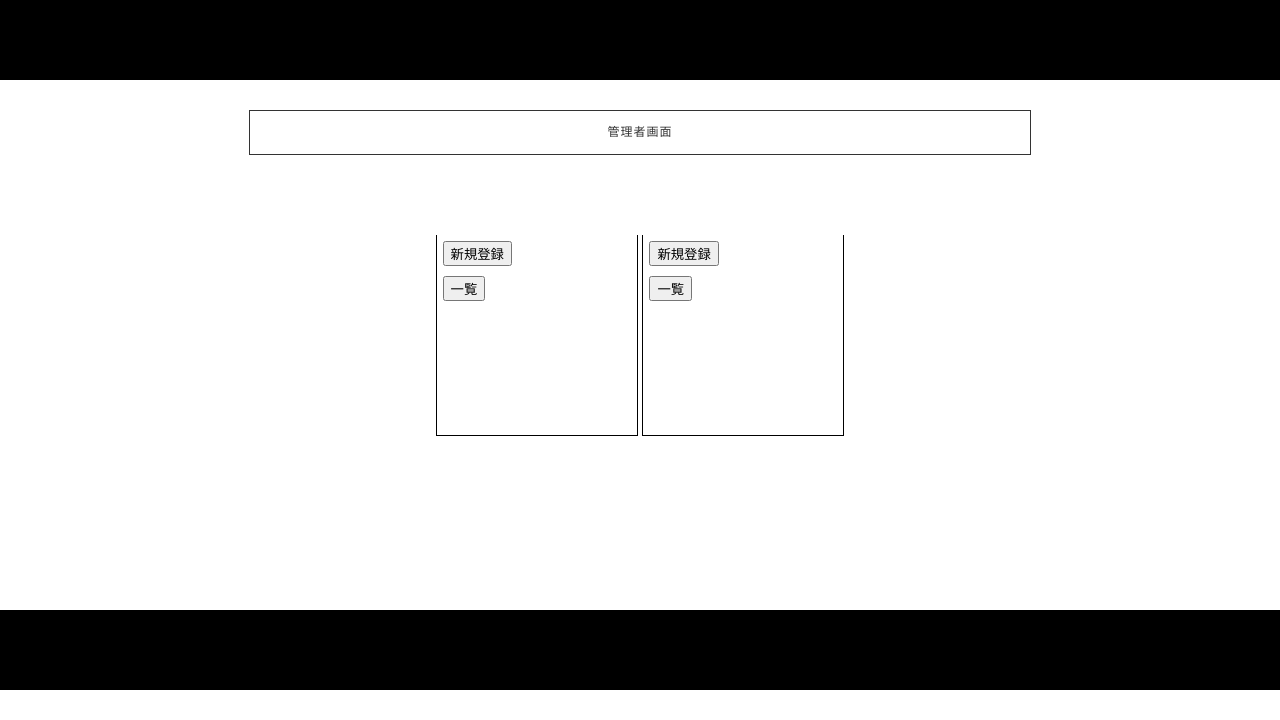
Repository: hiraide8/test
Page: http://localhost/ecsite/admin.jsp
These files come from the project's save history. The page is drawn as it stood at one moment and after the next save; the edit follows.
The browser window is 1280 px wide. The pictures show the whole page.
The page is served by Tomcat 9. Other server files are loaded and not shown.

Above is the page before, as saved 2019-01-23 11:17:19.

### ecsite/WebContent/admin.jsp
<%@ page language="java" contentType="text/html; charset=UTF-8"
    pageEncoding="UTF-8"%>
<%@ taglib prefix="s" uri="/struts-tags" %>
<!DOCTYPE html PUBLIC "-//W3C//DTD HTML 4.01 Transitional//EN" "http://www.w3.org/TR/html4/loose.dtd">
<html>
<head>
       <meta http-equiv="Content-Type" content="text/html; charset=UTF-8">
       <meta http-equiv="Content-Style-Type" content="text/css"/>
       <meta http-equiv="Content-Script-Type" content="text/javascript"/>
       <meta http-equiv="imagetoolbar" content="no"/>
       <meta name="descripttion" content=""/>
       <meta name="keywords" content=""/>
       <title>管理者画面</title>
       <style type="text/css">
       /* ========TAG LAYOUT======== */
                body{
                  margin:0;
                  padding:0;
                  line-height:1.6;
                  letter-spacing:1px;
                  font-family:Verdana,Helvetica,sans-serif;
                  font-size:12px;
                  color:#333;
                  background:#fff;
                }
       /* ========ID LAYOUT======== */
                #top{
                  width:780px;
                  margin:30px auto;
                  border:1px solid #333;
                }
                #header{
                  width:100%;
                  height:80px;
                  background-color:black;
                }
                #main{
                  width:100%;
                  height:500px;
                  text-align:center;
                }
                #footer{
                  width:100%;
                  height:80px;
                  background-color:black;
                  clear:both;
                }
       /* ========CLASS LAYOUT======== */
                .aaa{
                  margin:0 auto;
                  display:inline-block;
                  margin-top:50px;
                  width:200px;
                  height:200px;
                  border-right:1px solid black;
                  border-left:1px solid black;
                  border-bottom:1px solid black;
                }
       </style>
</head>
<body>
       <div id="header">
               <div id="pr">
               </div>
       </div>
       <div id="main">
               <div id="top">
                       <p>管理者画面</p>
               </div>
               <div class="aaa">
                       <table>
                       <tr>
                       <td>
                       <s:form action="ItemCreateAction">
                                  <s:submit value="新規登録"/>
                       </s:form>
                       </td>
                       </tr>
                       <tr>
                       <td>
                       <s:form action="ItemListAction">
                                  <s:submit value="一覧"/>
                       </s:form>
                       </td>
                       </tr>
                       </table>
               </div>
               <div class="aaa">
                       <table>
                       <tr>
                       <td>
                       <s:form action="UserCreateAction">
                                  <s:submit value="新規登録"/>
                       </s:form>
                       </td>
                       </tr>
                       <tr>
                       <td>
                       <s:form action="UserListAction">
                                  <s:submit value="一覧"/>
                       </s:form>
                       </td>
                       </tr>
                       </table>
               </div>
       </div>
       <div id="footer">
               <div id="pr">
               </div>
       </div>
</body>
</html>

After the next save:
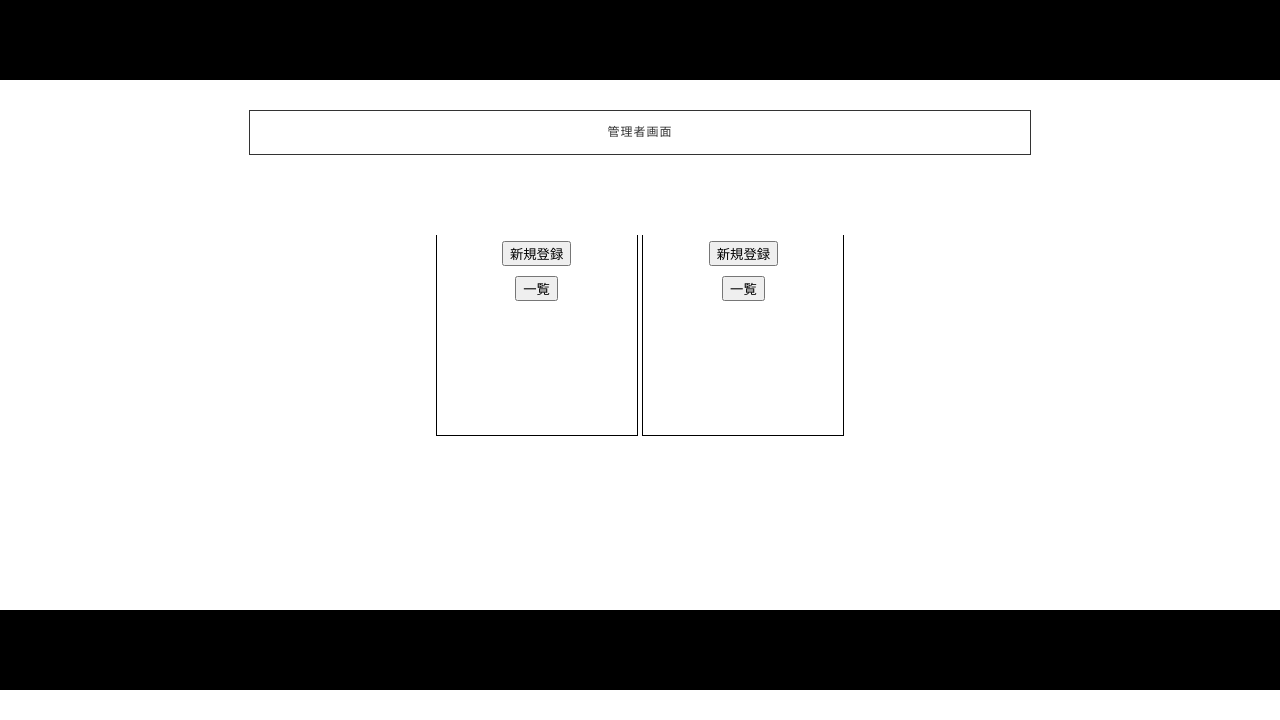
Saved 38 s later.
--- a/ecsite/WebContent/admin.jsp
+++ b/ecsite/WebContent/admin.jsp
@@ -22,6 +22,10 @@
                   font-size:12px;
                   color:#333;
                   background:#fff;
+                }
+                table{
+                  text-align:center;
+                  margin:0 auto;
                 }
        /* ========ID LAYOUT======== */
                 #top{
